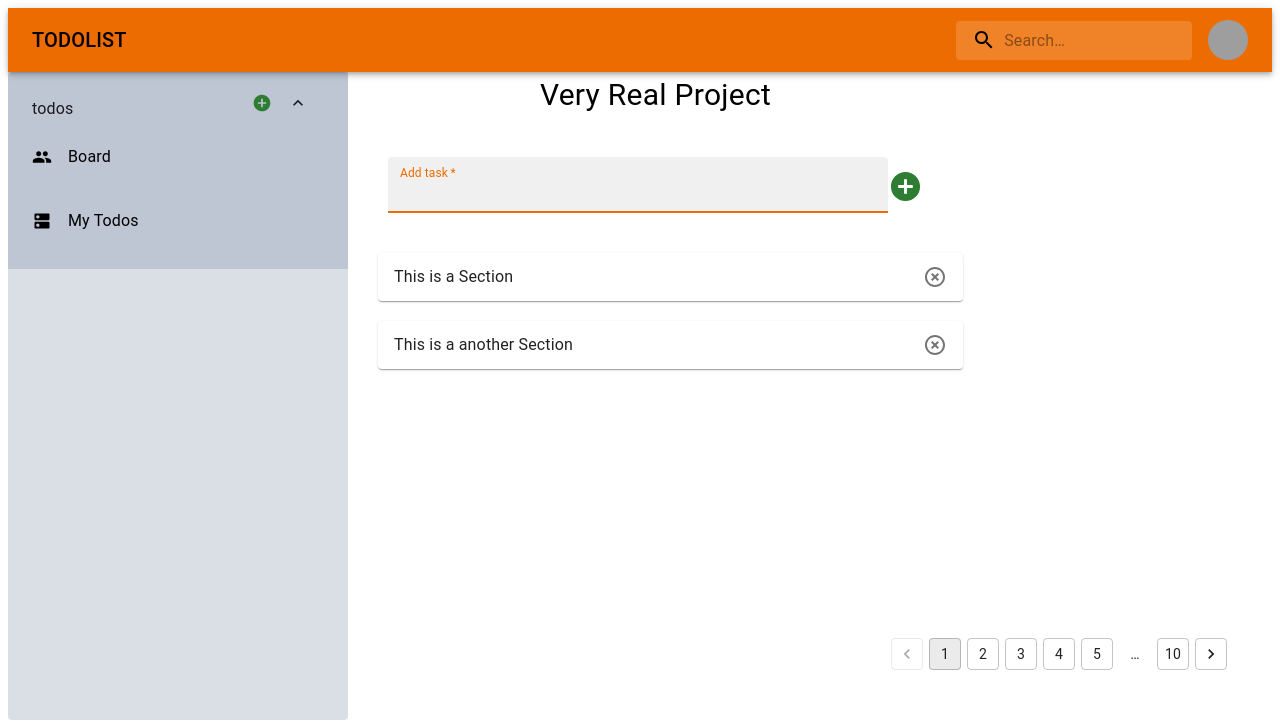
Repository: HrishrathTBS/Trackerbea
Page: /board (app in client/)
These files come from the project's save history. The page is drawn as it stood at one moment and after the next save; the edit follows.
The browser window is 1280 px wide. The pictures show the whole page.
Pictures or frames that could not be fetched are drawn as grey boxes. The project was rebuilt for these pictures with package versions that can differ from the ones it lists, and the page was loaded fresh each time. Also part of the build but not shown: client/src/components/TodoList.js, client/src/components/ListOfBar.js, client/src/components/MyTodos.js.

Above is the page before, as saved 2022-03-09 16:39:21.

### client/public/index.html
<!DOCTYPE html>
<html lang="en">
  <head>
    <meta charset="utf-8" />
    <link rel="icon" href="%PUBLIC_URL%/favicon.ico" />
    <meta name="viewport" content="width=device-width, initial-scale=1" />
    <meta name="theme-color" content="#000000" />
    <meta
      name="description"
      content="Web site created using mernboilerplate"
    />
    <link rel="apple-touch-icon" href="%PUBLIC_URL%/logo192.png" />
    <!--
      manifest.json provides metadata used when your web app is installed on a
      user's mobile device or desktop. See https://developers.google.com/web/fundamentals/web-app-manifest/
    -->
    <link rel="manifest" href="%PUBLIC_URL%/manifest.json" />
    <!--
      Notice the use of %PUBLIC_URL% in the tags above.
      It will be replaced with the URL of the `public` folder during the build.
      Only files inside the `public` folder can be referenced from the HTML.

      Unlike "/favicon.ico" or "favicon.ico", "%PUBLIC_URL%/favicon.ico" will
      work correctly both with client-side routing and a non-root public URL.
      Learn how to configure a non-root public URL by running `npm run build`.
    -->
    <title>MERN App</title>
  </head>
  <body>
    <noscript>You need to enable JavaScript to run this app.</noscript>
    <div id="root"></div>
    <!--
      This HTML file is a template.
      If you open it directly in the browser, you will see an empty page.

      You can add webfonts, meta tags, or analytics to this file.
      The build step will place the bundled scripts into the <body> tag.

      To begin the development, run `npm start` or `yarn start`.
      To create a production bundle, use `npm run build` or `yarn build`.
    -->
  </body>
</html>

### client/src/App.js
import React from 'react';
import { BrowserRouter } from 'react-router-dom';
import AppRoutes from './UseRoutes';

const App = () => {
  return (
    <>
      <BrowserRouter>{<AppRoutes />}</BrowserRouter>
    </>
  );
};

export default App;

### client/src/UseRoutes.js
import React from 'react';
import { useRoutes } from 'react-router-dom';
import Board from './components/Board';
import Layout from './components/Layout';
import MyTodos from './components/MyTodos';

const AppRoutes = () => {
  return useRoutes([
    {
      path: '',
      element: <Layout />,
      children: [
        {
          path: 'board',
          element: <Board />,
        },
        {
          path: 'mytodos',
          element: <MyTodos />,
        },
      ],
    },
  ]);
};

export default AppRoutes;

### client/src/components/Board.js
import React, { useState } from 'react';
import AddCircleIcon from '@mui/icons-material/AddCircle';
import { Box, FormControl, FormControlLabel, FormLabel, Grid, Radio, RadioGroup, TextField } from '@mui/material';
import TodoList from './TodoList';
import { Typography } from '@material-ui/core';
import { Accordion, AccordionDetails, AccordionSummary } from '@mui/material';
import ExpandMoreIcon from '@mui/icons-material/HighlightOff';
import Pagination from '@mui/material/Pagination';
import Stack from '@mui/material/Stack';
const Board = () => {
  const [list, setList] = useState('');
  const [items, setItems] = useState([]);
  const [value, setValue] = useState('This is a task');
  const [data, setData] = useState('This is another task');

  const handleChange = (e) => {
    setList(e.target.value);
  };

  const handleClick = () => {
    if (list == '') {
    } else {
      setItems((oldItems) => {
        return [...oldItems, list];
      });
      setList('');
    }
  };
  const deleteItem = (id) => {
    setItems((oldItems) => {
      return oldItems.filter((curEle, index) => {
        return index !== id;
      });
    });
  };
  const handleChanges = (event) => {
    setValue(event.target.value);
  };
  const handleChange1 = (event) => {
    setData(event.target.value);
  };
  return (
    <>
      <div>
        <Typography style={{ textAlign: 'center', fontSize: '30px' }}>Very Real Project</Typography>
        <Box style={{ display: 'flex' }} mx={5} my={3}>
          <Grid item xs={12} style={{ width: '500px' }} py={2}>
            <TextField autoComplete='text' value={list} color='warning' variant='filled' fullWidth label='Add task' onChange={handleChange} autoFocus required />
          </Grid>
          <AddCircleIcon style={{ marginTop: '28' }} color='success' fontSize='large' onClick={handleClick} />
        </Box>
        <ol>
          {items.map((itemval, index) => (
            <TodoList key={index} id={index} text={itemval} onSelect={deleteItem} />
          ))}
        </ol>
        <div style={{ marginLeft: '30px' }}>
          <Accordion>
            <AccordionSummary expandIcon={<ExpandMoreIcon />} aria-controls='panel1a-content' id='panel1a-header'>
              <Typography>This is a Section</Typography>
            </AccordionSummary>
            <AccordionDetails>
              <FormControl>
                <FormLabel id='demo-controlled-radio-buttons-group'></FormLabel>
                <RadioGroup aria-labelledby='demo-controlled-radio-buttons-group' name='controlled-radio-buttons-group' value={value} onChange={handleChanges}>
                  <FormControlLabel value='this is a task' control={<Radio />} label='This is a task' />
                  <FormControlLabel value='this is a another task' control={<Radio />} label='This is a another task' />
                </RadioGroup>
              </FormControl>
            </AccordionDetails>
          </Accordion>
        </div>
        <div style={{ marginLeft: '30px', marginTop: '20px' }}>
          <Accordion>
            <AccordionSummary expandIcon={<ExpandMoreIcon />} aria-controls='panel1a-content' id='panel1a-header'>
              <Typography>This is a another Section</Typography>
            </AccordionSummary>
            <AccordionDetails>
              <FormControl>
                <FormLabel id='demo-controlled-radio-buttons-group'></FormLabel>
                <RadioGroup aria-labelledby='demo-controlled-radio-buttons-group' name='controlled-radio-buttons-group' value={data} onChange={handleChange1}>
                  <FormControlLabel value='it has sub task' control={<Radio />} label='it has sub task' />
                  <FormControlLabel value='so many sub task' control={<Radio />} label='so many sub task' />
                  <FormControlLabel
                    value='Honesty this is already three layers do you really need more'
                    control={<Radio />}
                    label='Honesty this is already three layers do you really need more'
                  />
                </RadioGroup>
              </FormControl>
            </AccordionDetails>
          </Accordion>
        </div>
      </div>
      <div style={{ display: 'flex', justifyContent: 'space-between', position: 'absolute', bottom: '50px', right: '50px' }}>
        <Stack spacing={2}>
          <Pagination count={10} variant='outlined' shape='rounded' />
        </Stack>
      </div>
    </>
  );
};

export default Board;

### client/src/components/Layout.js
import React from 'react';
import { Outlet } from 'react-router-dom';
import Header from './Header';
import SideBar from './SideBar';

const Layout = () => {
  return (
    <>
      <Header />
      <div style={{ display: 'flex' }}>
        <SideBar />
        {<Outlet />}
      </div>
    </>
  );
};

export default Layout;

### client/src/components/Header.js
import * as React from 'react';
import AppBar from '@mui/material/AppBar';
import Box from '@mui/material/Box';
import Toolbar from '@mui/material/Toolbar';
import IconButton from '@mui/material/IconButton';
import Typography from '@mui/material/Typography';
import Menu from '@mui/material/Menu';
import MenuIcon from '@mui/icons-material/Menu';
import Container from '@mui/material/Container';
import Avatar from '@mui/material/Avatar';
import Tooltip from '@mui/material/Tooltip';
import MenuItem from '@mui/material/MenuItem';
import SearchIcon from '@mui/icons-material/Search';
import { styled, alpha } from '@mui/material/styles';
import { InputBase } from '@mui/material';

const pages = ['Header'];
const settings = ['Profile', 'Account', 'Dashboard', 'Logout'];

const Search = styled('div')(({ theme }) => ({
  position: 'relative',
  borderRadius: theme.shape.borderRadius,
  backgroundColor: alpha(theme.palette.common.white, 0.15),
  '&:hover': {
    backgroundColor: alpha(theme.palette.common.white, 0.25),
  },
  marginRight: theme.spacing(2),
  marginLeft: 0,
  width: '100%',
  [theme.breakpoints.up('sm')]: {
    marginLeft: theme.spacing(3),
    width: 'auto',
  },
}));
const SearchIconWrapper = styled('div')(({ theme }) => ({
  padding: theme.spacing(0, 2),
  height: '100%',
  position: 'absolute',
  pointerEvents: 'none',
  color: 'black',
  display: 'flex',
  alignItems: 'center',
  justifyContent: 'center',
}));
const StyledInputBase = styled(InputBase)(({ theme }) => ({
  color: 'black',
  '& .MuiInputBase-input': {
    padding: theme.spacing(1, 1, 1, 0),
    paddingLeft: `calc(1em + ${theme.spacing(4)})`,
    transition: theme.transitions.create('width'),
    width: '100%',
    [theme.breakpoints.up('md')]: {
      width: '20ch',
    },
  },
}));

const Header = () => {
  const [anchorElNav, setAnchorElNav] = React.useState(null);
  const [anchorElUser, setAnchorElUser] = React.useState(null);

  const handleOpenNavMenu = (event) => {
    setAnchorElNav(event.currentTarget);
  };
  const handleOpenUserMenu = (event) => {
    setAnchorElUser(event.currentTarget);
  };

  const handleCloseNavMenu = () => {
    setAnchorElNav(null);
  };

  const handleCloseUserMenu = () => {
    setAnchorElUser(null);
  };

  return (
    <AppBar position='static' color='warning'>
      <Container maxWidth='xl'>
        <Toolbar disableGutters>
          <Typography variant='h6' noWrap component='div' sx={{ mr: 2, display: { xs: 'none', md: 'flex', color: 'black' } }}>
            TODOLIST
          </Typography>
          <Box sx={{ flexGrow: 1, display: { xs: 'flex', md: 'none' } }}>
            <IconButton size='large' aria-label='account of current user' aria-controls='menu-appbar' aria-haspopup='true' onClick={handleOpenNavMenu} color='inherit'>
              <MenuIcon />
            </IconButton>
            <Menu
              id='menu-appbar'
              anchorEl={anchorElNav}
              anchorOrigin={{
                vertical: 'bottom',
                horizontal: 'left',
              }}
              keepMounted
              transformOrigin={{
                vertical: 'top',
                horizontal: 'left',
              }}
              open={Boolean(anchorElNav)}
              onClose={handleCloseNavMenu}
              sx={{
                display: { xs: 'block', md: 'none' },
              }}
            >
              {pages.map((page) => (
                <MenuItem key={page} onClick={handleCloseNavMenu}>
                  <Typography textAlign='center'>{page}</Typography>
                </MenuItem>
              ))}
            </Menu>
          </Box>

          <Typography variant='h6' noWrap component='div' sx={{ flexGrow: 1, display: { xs: 'flex', md: 'none' } }}>
            TODOLIST
          </Typography>
          <Box sx={{ flexGrow: 1, display: { xs: 'none', md: 'flex' } }}></Box>
          <Search>
            <SearchIconWrapper>
              <SearchIcon />
            </SearchIconWrapper>
            <StyledInputBase placeholder='Search…' inputProps={{ 'aria-label': 'search' }} />
          </Search>
          <Box sx={{ flexGrow: 0 }}>
            <Tooltip title='Open settings'>
              <IconButton onClick={handleOpenUserMenu} sx={{ p: 0 }}>
                <Avatar alt='Remy Sharp' src='/static/images/avatar/2.jpg' />
              </IconButton>
            </Tooltip>
            <Menu
              sx={{ mt: '45px' }}
              id='menu-appbar'
              anchorEl={anchorElUser}
              anchorOrigin={{
                vertical: 'top',
                horizontal: 'right',
              }}
              keepMounted
              transformOrigin={{
                vertical: 'top',
                horizontal: 'right',
              }}
              open={Boolean(anchorElUser)}
              onClose={handleCloseUserMenu}
            >
              {settings.map((setting) => (
                <MenuItem key={setting} onClick={handleCloseUserMenu}>
                  <Typography textAlign='center'>{setting}</Typography>
                </MenuItem>
              ))}
            </Menu>
          </Box>
        </Toolbar>
      </Container>
    </AppBar>
  );
};
export default Header;

### client/src/components/SideBar.js
import * as React from 'react';
import Box from '@mui/material/Box';
import { styled, ThemeProvider, createTheme } from '@mui/material/styles';
import Divider from '@mui/material/Divider';
import List from '@mui/material/List';
import ListItemButton from '@mui/material/ListItemButton';
import ListItemIcon from '@mui/material/ListItemIcon';
import ListItemText from '@mui/material/ListItemText';
import Paper from '@mui/material/Paper';
import People from '@mui/icons-material/People';
import Dns from '@mui/icons-material/Dns';
import ListItem from './ListItem';

const data = [
  { icon: <People />, label: 'Board', link: '/board' },
  { icon: <Dns />, label: 'My Todos ', link: '/mytodos' },
];

const FireNav = styled(List)({
  '& .MuiListItemButton-root': {
    paddingLeft: 24,
    paddingRight: 24,
  },
  '& .MuiListItemIcon-root': {
    minWidth: 0,
    marginRight: 16,
  },
  '& .MuiSvgIcon-root': {
    fontSize: 20,
  },
});

export default function CustomizedList() {
  const [open, setOpen] = React.useState(true);

  return (
    <Box sx={{ display: 'flex', height: '90vh' }}>
      <ThemeProvider
        theme={createTheme({
          components: {
            MuiListItemButton: {
              defaultProps: {
                disableTouchRipple: true,
              },
            },
          },
          palette: {
            background: { paper: 'rgba(71, 98, 130, 0.2)' },
          },
        })}
      >
        <Paper elevation={0} sx={{ maxWidth: 370 }}>
          <FireNav component='nav' disablePadding>
            <Divider />
            <Box
              sx={{
                bgcolor: open ? 'rgba(71, 98, 130, 0.2)' : null,
                pb: open ? 2 : 0,
              }}
            >
              <ListItem primary='todos' />
              {open &&
                data.map((item) => (
                  <ListItemButton key={item.label} sx={{ py: 2, minHeight: 32, color: 'rgba(0,0,0,1)', justifyContent: 'flex-start' }}>
                    <ListItemIcon sx={{ color: 'inherit' }}>{item.icon}</ListItemIcon>
                    <ListItemText>
                      <a href={item.link} style={{ textDecoration: 'none', color: 'black' }}>
                        {item.label}
                      </a>
                    </ListItemText>
                  </ListItemButton>
                ))}
            </Box>
          </FireNav>
        </Paper>
      </ThemeProvider>
    </Box>
  );
}

### client/src/components/ListItem.js
import { ListItemText } from '@mui/material';
import ListItemButton from '@mui/material/ListItemButton';
import AddCircleIcon from '@mui/icons-material/AddCircle';
import KeyboardArrowDown from '@mui/icons-material/KeyboardArrowDown';
import React from 'react';
const ListItem = ({ primary }) => {
  const [open, setOpen] = React.useState(true);
  return (
    <ListItemButton
      alignItems='flex-start'
      sx={{
        px: 3,
        pt: 2.5,
        pb: open ? 0 : 2.5,
        '&:hover, &:focus': { '& svg': { opacity: open ? 1 : 1 } },
      }}
    >
      <ListItemText
        primary={primary}
        primaryTypographyProps={{
          fontSize: 20,
          width: '220px',
          fontWeight: 'medium',
          lineHeight: '20px',
          mb: '2px',
        }}
      />
      <AddCircleIcon color='success' />
      <KeyboardArrowDown
        onClick={() => setOpen(!open)}
        sx={{
          opacity: 1,
          px: 2,
          transform: open ? 'rotate(-180deg)' : 'rotate(0)',
          transition: '0.5s',
        }}
      />
    </ListItemButton>
  );
};
export default ListItem;

Loaded but not shown: client/src/index.js (common file)

After the next save:
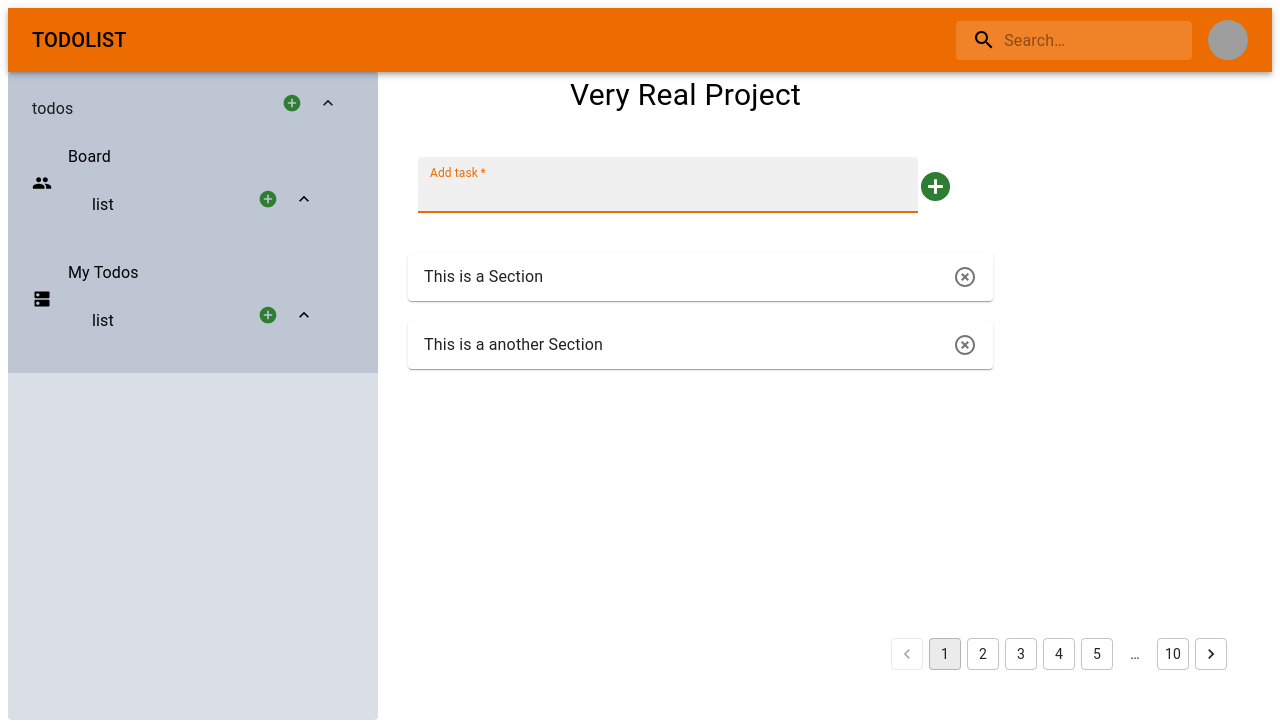
Saved 14 s later.
--- a/client/src/components/SideBar.js
+++ b/client/src/components/SideBar.js
@@ -67,6 +67,7 @@
                       <a href={item.link} style={{ textDecoration: 'none', color: 'black' }}>
                         {item.label}
                       </a>
+                      <ListItem primary='list' />
                     </ListItemText>
                   </ListItemButton>
                 ))}

After the save that followed:
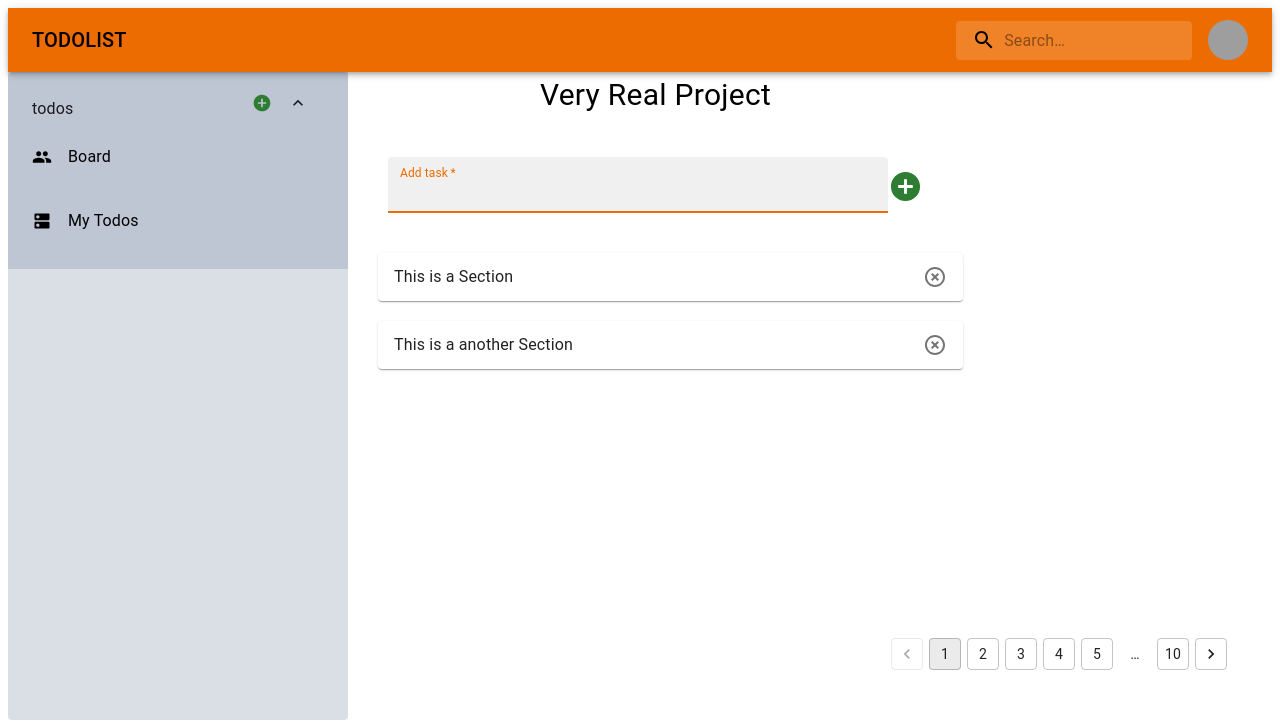
Saved 17 s later.
--- a/client/src/components/SideBar.js
+++ b/client/src/components/SideBar.js
@@ -67,7 +67,6 @@
                       <a href={item.link} style={{ textDecoration: 'none', color: 'black' }}>
                         {item.label}
                       </a>
-                      <ListItem primary='list' />
                     </ListItemText>
                   </ListItemButton>
                 ))}
